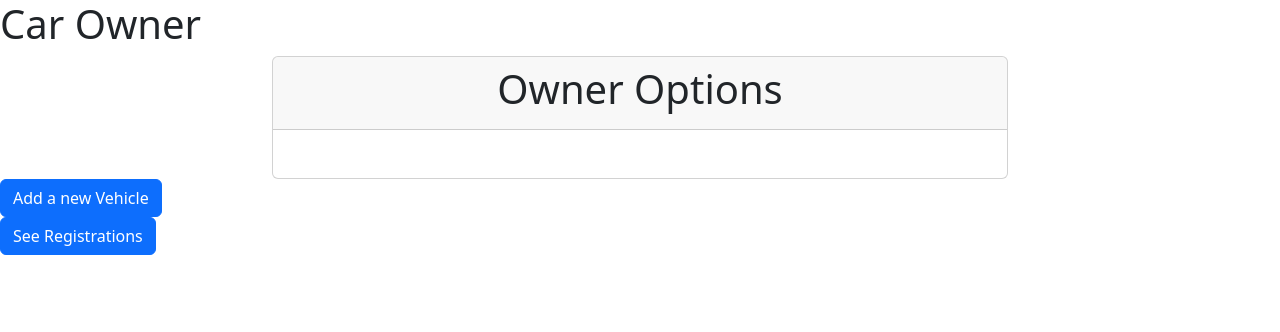
Repository: VimashaVishvani/VehicleRental
Page: http://localhost/Vehicle_rentalDb/carOwner.jsp
These files come from the project's save history. The page is drawn as it stood at one moment and after the next save; the edit follows.
The browser window is 1280 px wide. The pictures show the whole page.
The page is served by Tomcat 9.

Above is the page before, as saved 2024-05-08 20:32:24.

After the next save:
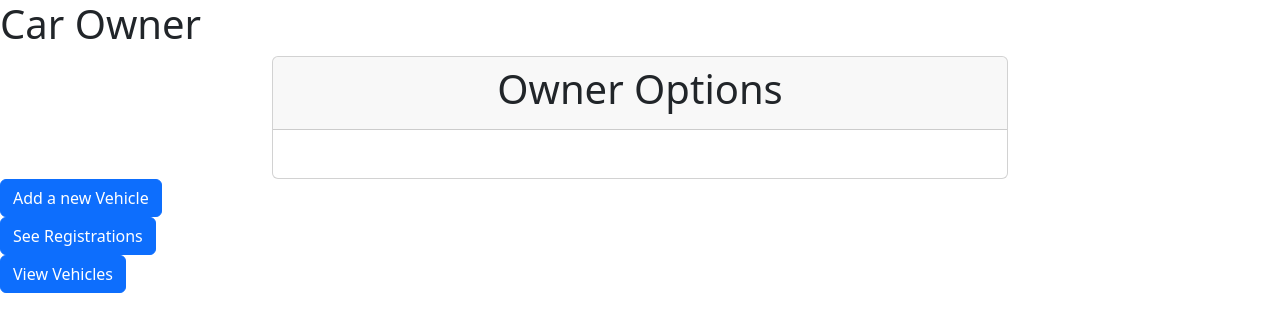
Saved 112 s later.
--- a/Vehicle_rentalDb/src/main/webapp/carOwner.jsp
+++ b/Vehicle_rentalDb/src/main/webapp/carOwner.jsp
@@ -47,10 +47,17 @@
 
 <c:set var="userId" value="${userDetails[0].id}" />
 <a href="addVehicle.jsp?id=${userId}&result=a" class="btn btn-primary">Add a new Vehicle</a>
+
+
 <form action="viewRegistrations" method="get">
 <input type="hidden" value="${userId}" name="id">
 <button type="submit"  class="btn btn-primary">See Registrations</button>
 </form>
 
+<form action="viewVehicles" method="get">
+<input type="hidden" value="${userId}" name="id">
+<button type="submit"  class="btn btn-primary">View Vehicles</button>
+</form>
+
 </body>
 </html>
